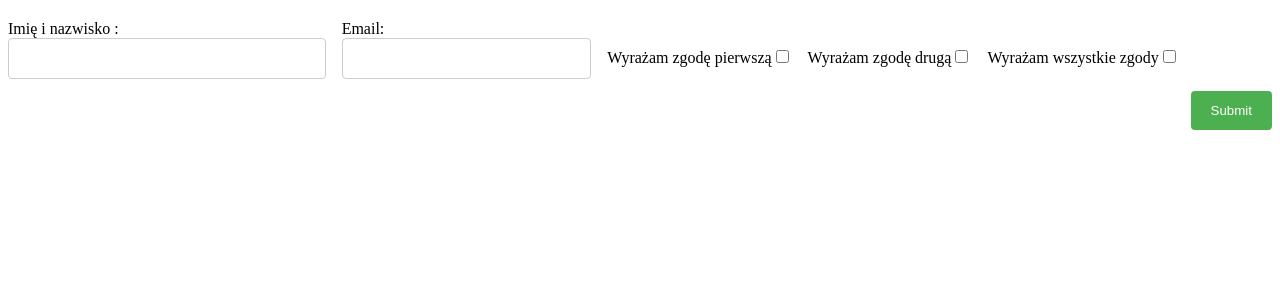
Repository: magdaf41/JavaScript
Page: JS DOM zadanie_5/index.html
The author's editor kept a copy of each file at every save. The page is drawn from the files as they stood at one save, then again after the next save.
The browser window is 1280 px wide. The pictures show the whole page.

Above is the page before, as saved 2020-09-06 15:17:24.

### JS DOM zadanie_5/index.html
<!DOCTYPE html>
<html lang="en">

<head>
    <meta charset="UTF-8">
    <meta name="viewport" content="width=device-width, initial-scale=1.0">
    <title>Warsztat 2 - Obsługa formularza</title>
    <link rel="stylesheet" href="css/style.css">
</head>

<body>
    <form id="form" action="">
        <label>Imię  i nazwisko : <input type="text" name="name" value=""></label>
        <label>Email: <input type="text" name="email" id="email"> </label>

        <label>Wyrażam zgodę pierwszą<input type="checkbox" name="accept_1" id="accept"></label>
        <label>Wyrażam zgodę drugą<input type="checkbox" name="accept_2" id="accept"></label>
        <label>Wyrażam wszystkie zgody<input type="checkbox" name="allAccept" id="allAccept"></label>
        <input id="submit" type="submit" value="Submit">
    </form>


    <script src="js/script.js"></script>
</body>

</html>

### JS DOM zadanie_5/css/style.css
input[type=text]{
    width: 100%;
    padding: 12px;
    border: 1px solid #ccc;
    border-radius: 4px;
    box-sizing: border-box;
    resize: vertical;
  }

  /* Style the label to display next to the inputs */
  label {
    padding: 12px 12px 12px 0;
    display: inline-block;
  }

  /* Style the submit button */
  input[type=submit] {
    background-color: #4CAF50;
    color: white;
    padding: 12px 20px;
    border: none;
    border-radius: 4px;
    cursor: pointer;
    float: right;
  }

### JS DOM zadanie_5/js/script.js
const send = (event) => {
    event.preventDefault();
    let fname = document.querySelector('[name = "fname"');
    let lname = document.querySelector('[name ="lname"');
    console.log(`Imię: ${fname.value}, Nazwisko: ${lname.value}`);
}

let form = document.getElementById('form');
form.addEventListener('submit', send);

After the next save:
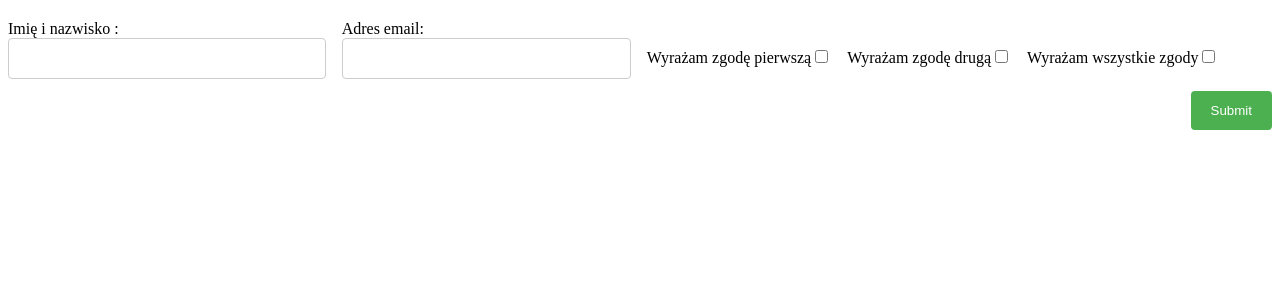
Saved 3 min 35 s later.
--- a/JS DOM zadanie_5/index.html
+++ b/JS DOM zadanie_5/index.html
@@ -11,7 +11,7 @@
 <body>
     <form id="form" action="">
         <label>Imię  i nazwisko : <input type="text" name="name" value=""></label>
-        <label>Email: <input type="text" name="email" id="email"> </label>
+        <label>Adres email: <input type="text" name="email" id="email"> </label>
 
         <label>Wyrażam zgodę pierwszą<input type="checkbox" name="accept_1" id="accept"></label>
         <label>Wyrażam zgodę drugą<input type="checkbox" name="accept_2" id="accept"></label>
--- a/JS DOM zadanie_5/css/style.css
+++ b/JS DOM zadanie_5/css/style.css
@@ -5,6 +5,7 @@ input[type=text]{
     border-radius: 4px;
     box-sizing: border-box;
     resize: vertical;
+    text-align: center;
   }
 
   /* Style the label to display next to the inputs */
